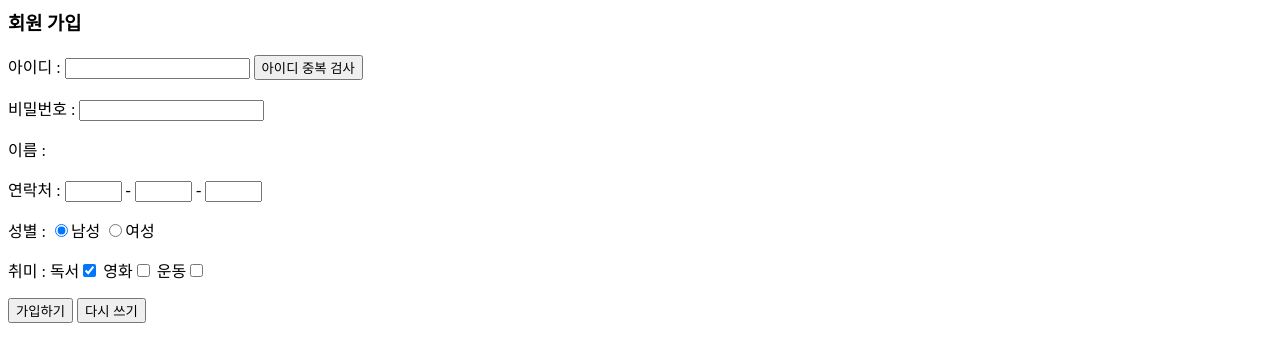
Repository: pojh5090/JspProgramming
Page: http://localhost/JSPBook/ch06/form5.jsp
These files come from the project's save history. The page is drawn as it stood at one moment and after the next save; the edit follows.
The browser window is 1280 px wide. The pictures show the whole page.
The page is served by Tomcat 9. Other server files are loaded and not shown.

Above is the page before, as saved 2020-04-12 08:00:12.

### JSPBook/WebContent/ch06/form5.jsp
<%@ page language="java" contentType="text/html; charset=UTF-8"
    pageEncoding="UTF-8"%>
<!DOCTYPE html PUBLIC>
<html>
<head>
<meta http-equiv="Content-Type" content="text/html; charset=UTF-8">
<title>Form Processing</title>
</head>
<body>
	<h3>회원 가입</h3>
	<form action="#" name="member" method ="post">
		<p>아이디 : <input type="text" name="id"> <input type="button" value="아이디 중복 검사">
		<p>비밀번호 : <input type="password" name="passwd">
		<p>이름 : <iput type="text" name="name">
		<p>연락처 : <input type="text" maxlength="4" size="4" name="phone1"> - <input type="text" maxlength="4" size="4" name="phone2"> -
		  <input type="text" maxlength="4" size="4" name="phone3">
		 <p> 성별 : <input type="radio" name="sex" value="남성" checked>남성 <input type="radio" name="sex" value="여성">여성
		 <p> 취미 : 독서<input type="checkbox" name="hobby1" checked>
		 		    영화<input type="checkbox" name="hobby2">
		 		   운동<input type="checkbox" name="hobby3">
		 <p> <input type="submit" value="가입하기">
		 	 <input type="reset" value="다시 쓰기">
	</form>
</body>
</html>

After the next save:
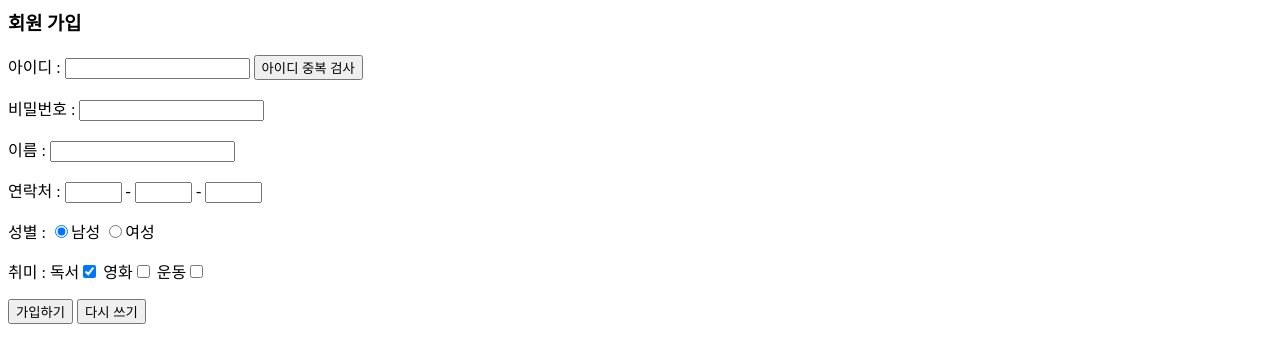
Saved 42 s later.
--- a/JSPBook/WebContent/ch06/form5.jsp
+++ b/JSPBook/WebContent/ch06/form5.jsp
@@ -11,7 +11,7 @@
 	<form action="#" name="member" method ="post">
 		<p>아이디 : <input type="text" name="id"> <input type="button" value="아이디 중복 검사">
 		<p>비밀번호 : <input type="password" name="passwd">
-		<p>이름 : <iput type="text" name="name">
+		<p>이름 : <input type="text" name="name">
 		<p>연락처 : <input type="text" maxlength="4" size="4" name="phone1"> - <input type="text" maxlength="4" size="4" name="phone2"> -
 		  <input type="text" maxlength="4" size="4" name="phone3">
 		 <p> 성별 : <input type="radio" name="sex" value="남성" checked>남성 <input type="radio" name="sex" value="여성">여성
